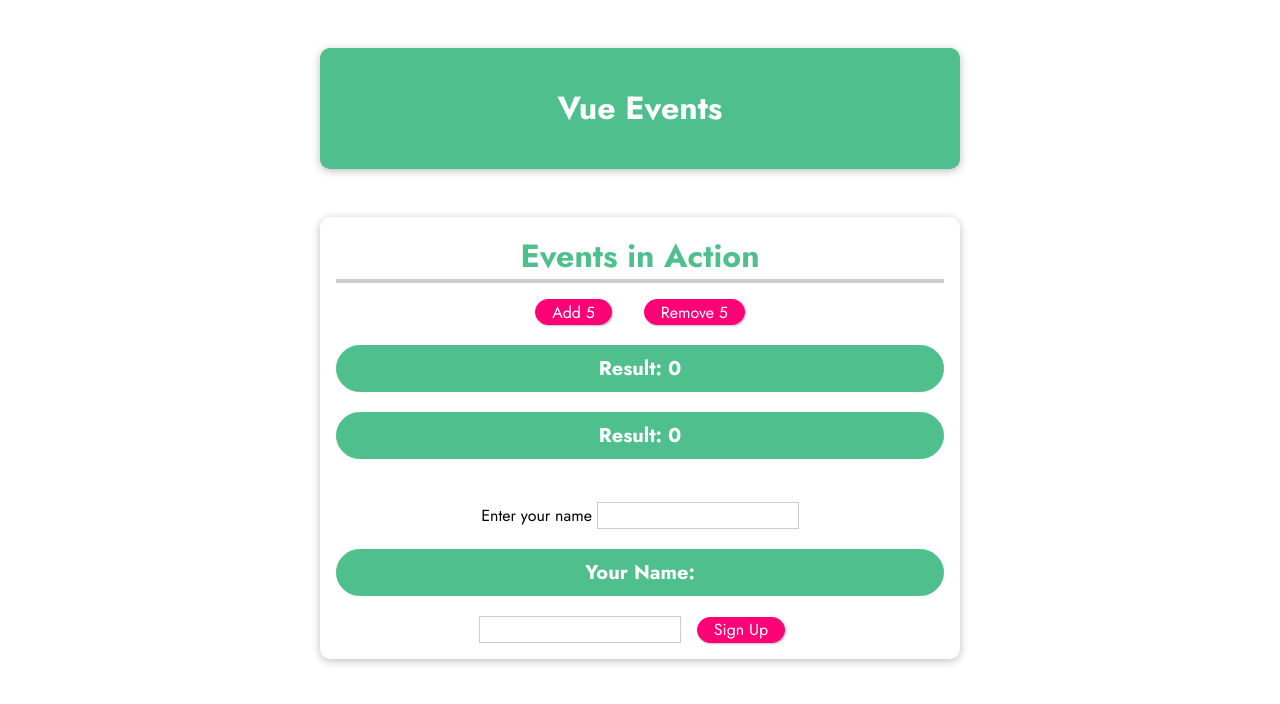
Repository: zmarkoni/Vue-The-Complete-Guide
Page: basics-03-events-starting-code/index.html
The author's editor kept a copy of each file at every save. The page is drawn from the files as they stood at one save, then again after the next save.
The browser window is 1280 px wide. The pictures show the whole page.

Above is the page before, as saved 2020-12-30 10:26:59.

After the next save:
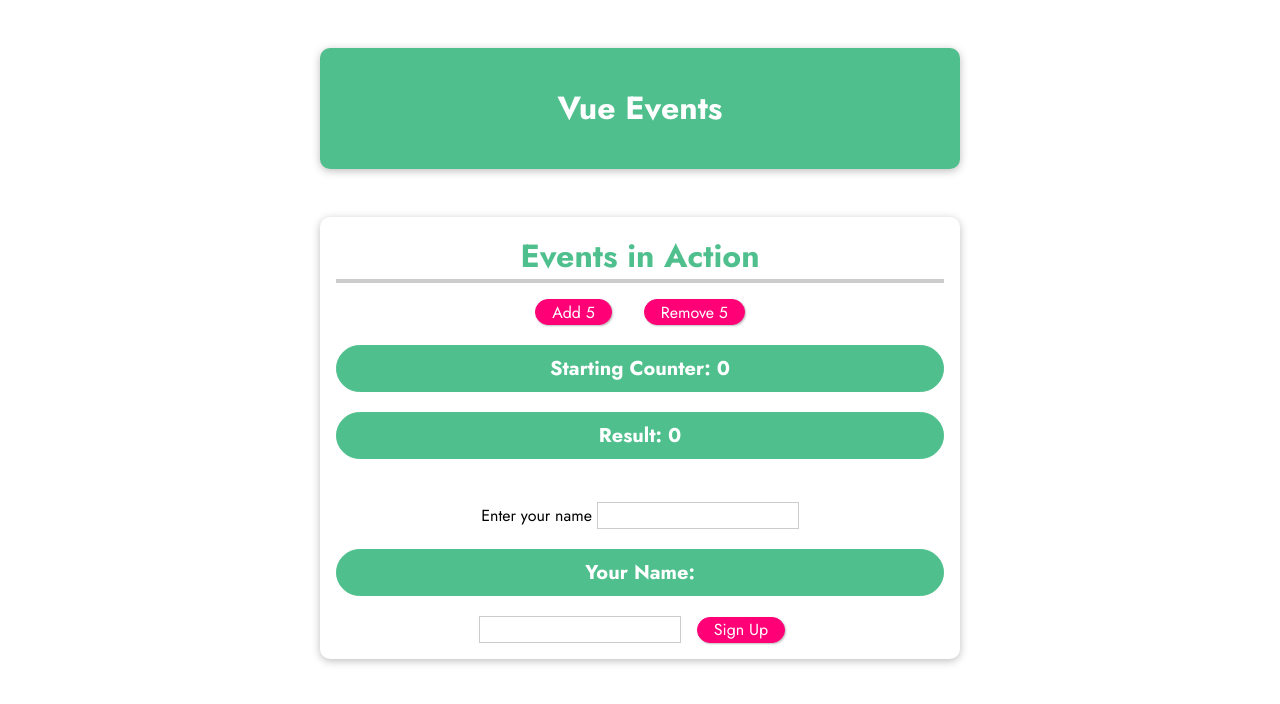
Saved 9 s later.
--- a/basics-03-events-starting-code/index.html
+++ b/basics-03-events-starting-code/index.html
@@ -21,7 +21,7 @@
 
       <button v-on:click="add(5)">Add 5</button>
       <button v-on:click.right="reduce(5)">Remove 5</button>
-      <p>Result: {{ counter }}</p>
+      <p>Starting Counter: {{ counter }}</p>
       <p>Result: {{ counter }}</p>
 
       </br>
